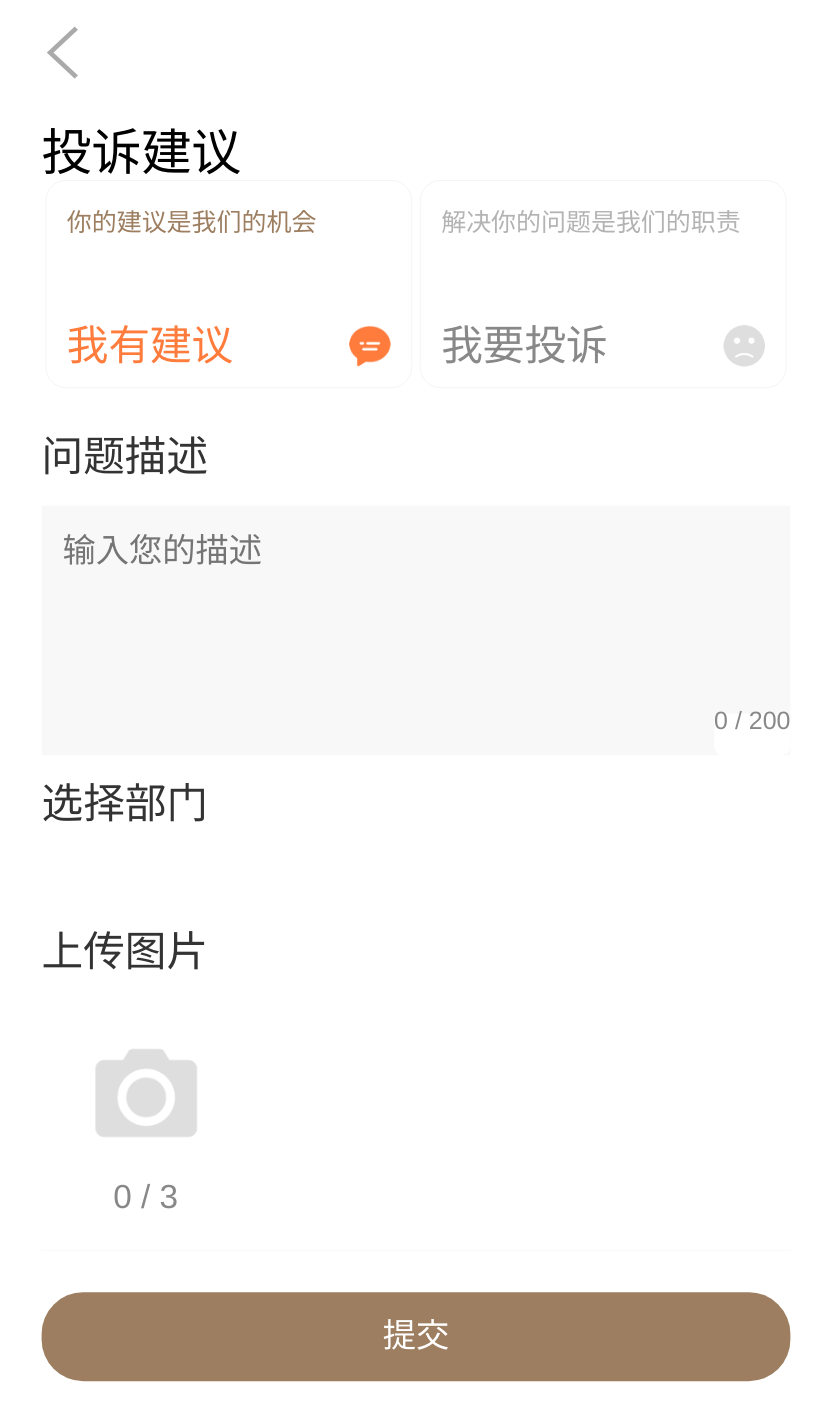
Repository: missing-star/rockBridge
Page: complaint.html
An editor plug-in stored every save of this project. The page is shown before and after the next save, followed by the edit.
The browser window is 1280 px wide. The pictures show the whole page, at 65% of full size.

Above is the page before, as saved 2019-04-19 10:46:11.

### complaint.html
<!DOCTYPE html>
<html lang="en">

<head>
    <meta charset="UTF-8">
    <meta name="viewport" content="width=device-width, initial-scale=1.0, user-scalable=no,maximum-scale=1.0">
    <meta http-equiv="X-UA-Compatible" content="ie=edge">
    <meta http-equiv="Expires" content="0">
    <meta http-equiv="Pragma" content="no-cache">
    <meta http-equiv="Cache-control" content="no-cache">
    <meta http-equiv="Cache" content="no-cache">
    <link rel="stylesheet" href="assets/mui/css/mui.min.css?v=1.1.0">
    <link rel="stylesheet" href="assets/mui/picker/css/mui.picker.min.css?v=1.1.0">
    <link rel="stylesheet" href="css/common.css?v=1.1.0">
    <link rel="stylesheet" href="css/complaint.css?v=1.1.0">
    <title>叠石桥</title>
    <!--
        意见投诉
    -->
</head>

<body>
    <div id="app">
        <header class="mui-bar mui-bar-nav">
            <i onclick="goBack()" class="mui-icon mui-icon-arrowleft"></i>
        </header>
        <div class="mui-content">
            <header class="packet-title">
                <p>投诉建议</p>
            </header>
            <!--大分类-->
            <div class="classify">
                <div data-type="proposal" class="classify-item active">
                    <p class="title">你的建议是我们的机会</p>
                    <div class="bottom-icon">
                        <span class="title">我有建议</span>
                        <img v-show="currentTab == 'proposal'" class="classify-icon" src="imgs/proposal-active.png" alt="">
                        <img v-show="currentTab == 'complaint'" class="classify-icon" src="imgs/proposal.png" alt="">
                    </div>
                </div>
                <div data-type="complaint" class="classify-item">
                    <p class="title">解决你的问题是我们的职责</p>
                    <div class="bottom-icon">
                        <span class="title">我要投诉</span>
                        <img v-show="currentTab == 'proposal'" class="classify-icon" src="imgs/complaint.png" alt="">
                        <img v-show="currentTab == 'complaint'" class="classify-icon" src="imgs/complaint-active.png"
                            alt="">
                    </div>
                </div>
            </div>
            <p class="title-ques">问题描述</p>
            <div class="question-desc">
                <textarea placeholder="输入您的描述" @input="limitLength" v-model="inputContent" name="" id="" cols="30" rows="10"></textarea>
                <span v-cloak class="amount">{{inputContent.length}} / 200</span>
            </div>
            <!-- <input v-model="selectedNumber" id="number-btn" readonly type="text" class="number-value arrow-right"> -->
            <p class="title-ques">选择部门</p>
            <div class="question-desc">
                <input id="number-btn" readonly type="text" class="number-value arrow-right">
            </div>
            <p class="title-upload">上传图片</p>
            <div class="repair-item upload">
                <div v-for="(item,index) in uploadedImgs" class="upload-item">
                    <img :src="item.src" alt="" class="upload-img-item">
                    <span @click="deleteImg(index)" class="delete-icon">
                    </span>
                </div>
                <div :class="{active:uploadedImgs.length < 3}" class="upload-item upload">
                    <div @click="uploadImg($event)" class="mask-click">
                        <input class="upload-input" hidden type="file" accept="image/*">
                    </div>
                    <img src="imgs/camera.png" alt="" class="camera">
                    <span v-cloak class="imgs-num">{{uploadedImgs.length}} / 3</span>
                </div>
            </div>
            <button @click="submitComplain" class="button-apply">
                提交
            </button>
        </div>
    </div>
    <script src="assets/vue/vue.min.js?v=1.0.2"></script>
    <script src="assets/jquery/jquery.min.js?v=1.0.2"></script>
    <script src="assets/mui/js/mui.min.js?v=1.0.2"></script>
    <script src="assets/mui/picker/js/mui.picker.js?v=1.0.2"></script>
    <script src="assets/mui/picker/js/mui.poppicker.js?v=1.0.2"></script>
    <script src="js/common.js?v=1.0.7.1"></script>
    <script src="js/complaint.js?v=1.0.3"></script>
</body>

</html>

### css/common.css
html,
body,
.mui-content {
    font-size: calc(100vw / 20);
    background: #ffffff;
}
*{
    word-break: break-all;
}
div.mui-content {
    padding: 1rem;
}

header.mui-bar.mui-bar-nav {
    background: #ffffff;
    -webkit-box-shadow: none;
            box-shadow: none;
}

nav.mui-bar.mui-bar-tab {
    background: #ffffff;
    -webkit-box-shadow: 0 0 6px 0 rgba(0, 0, 0, 0.15);
            box-shadow: 0 0 6px 0 rgba(0, 0, 0, 0.15);
}

nva.mui-bar-tab span.mui-tab-label {
    color: #9d7e60;
}

.mui-bar-tab .mui-tab-item.mui-active {
    color: #5f4831;
}

img.mui-icon.nav-bar-icon.active {
    display: inline;
}

img.mui-icon.nav-bar-icon {
    display: none;
}

p {
    margin: 0;
}

input[type=color],
input[type=date],
input[type=datetime-local],
input[type=datetime],
input[type=email],
input[type=month],
input[type=number],
input[type=password],
input[type=search],
input[type=tel],
input[type=text],
input[type=time],
input[type=url],
input[type=week],
select,
textarea {
    margin-bottom: 0;
    width: auto;
    height: auto;
    border: none;
    -webkit-box-flex: 1;
        -ms-flex: 1;
            flex: 1;
    font-size: 0.8rem;
}

input::-webkit-input-placeholder {
    color: #c2c2c2;
}

nav.mui-bar.mui-bar-tab a.mui-tab-item {
    -ms-touch-action: none;
        touch-action: none;
    height: 100%;
}

nav.mui-bar.mui-bar-tab {
    height: 3rem;
}

.mui-bar-tab .mui-tab-item .mui-icon {
    top: 3px;
    width: 1.2rem;
    height: 1.2rem;
    padding-top: 0;
    padding-bottom: 0;
    margin-bottom: 0.1rem;
}

.mui-bar-tab .mui-tab-item .mui-icon~.mui-tab-label {
    font-size: 0.5rem;
    line-height: 1rem;
}

.mui-bar-tab~.mui-content {
    padding-top: 2.5rem;
    padding-bottom: 3rem;
}

button.submit {
    background: #9d7e60;
    width: 100%;
    border: none;
    border-radius: 1rem;
    font-size: 1rem;
    line-height: 1rem;
    color: #fff;
    margin-top: 1rem;
    height: 2rem;
}

button.mui-btn.mui-btn-blue.mui-poppicker-btn-ok,
button.mui-btn.mui-btn-blue {
    color: #ff8b16;
    background: transparent;
    border: none;
    font-size: 1rem;
}

.mui-poppicker-header,
.mui-dtpicker-header {
    border-radius: 0.3rem 0.3rem 0 0;
}

button.mui-btn.mui-poppicker-btn-cancel,
.mui-dtpicker-header button {
    color: #aaaaaa;
    border: none;
    background: transparent;
    font-size: 1rem;
}

button.mui-btn.mui-poppicker-btn-cancel>img,
.mui-dtpicker-header button>img {
    width: 1rem;
}

.mui-picker-inner,
.mui-picker {
    background: #fcfcfc;
    -webkit-mask-box-image: none;
    border-radius: 0 0 0.3rem 0.3rem;
}

.mui-poppicker-body {
    border: none;
    border-radius: 0 0 0.3rem 0.3rem;
}

button.mui-btn {
    color: #aaaaaa;
    border-color: #aaaaaa;
}

.mui-dtpicker-header {
    background: #ffffff;
}

.mui-dtpicker-title h5 {
    display: none;
}

span.mui-popup-button.mui-popup-button-bold {
    color: #FF8B16;
}

span.mui-popup-button {
    color: #aaaaaa;
}

[v-cloak] {
    display: none !important;
}

.mui-poppicker.mui-active,
.mui-dtpicker.mui-active {
    margin: 0.5rem;
    width: calc(100% - 1rem);
    border-radius: 0.3rem;
}

.popicker-title,
.dt-popicker-title {
    -webkit-box-flex: 1;
        -ms-flex: 1;
            flex: 1;
    text-align: center;
    font-size: 1rem;
    color: #000000;
}

.mui-poppicker-header,
.mui-dtpicker-header {
    display: -webkit-box;
    display: -ms-flexbox;
    display: flex;
    -webkit-box-align: center;
        -ms-flex-align: center;
            align-items: center;
    -webkit-box-pack: justify;
        -ms-flex-pack: justify;
            justify-content: space-between;
    background: #eeeeee;
}

.mui-pciker-list li {
    color: #b19c88;
}

.mui-pciker-list li.highlight {
    color: #5f4831;
}

.mui-pciker-rule-ft {
    z-index: 2;
    border-top: solid 1px #ced7de;
    border-bottom: solid 1px #ced7de;
}


input::-webkit-outer-spin-button,
input::-webkit-inner-spin-button {

    -webkit-appearance: none !important;
}

input[type="number"] {
    -moz-appearance: textfield;
}

### js/complaint.js
var vm = new Vue({
    el: '#app',
    data: {
        inputContent: '',
        uploadedImgs: [],
        currentTab: 'proposal',
        type:1
    },
    methods: {
        limitLength() {
            this.inputContent = this.inputContent.substring(0, 200);
        },
        uploadImg(event) {
            $(event.target).find('input').click();
        },
        deleteImg(index) {
            this.uploadedImgs.splice(index, 1);
        },
        submitComplain() {
            var imgs = this.uploadedImgs.map(function(item) {
                return item.realPath;
            });
            $.ajax({
                url: `${rootUrl}/index/api/getComplain`,
                type:'post',
                data: {
                    type:vm.type,
                    content:vm.inputContent,
                    images:imgs.join(',')
                },
                dataType: 'json',
                success: function (data) {
                    mui.toast(data.msg);
                    if (data.status == 1) {
                        setTimeout(function () {
                            history.go(-1);
                        }, 200);
                    }else if(data.status == 202) {
                        goLogin();
                    }
            vm.commentsInfo = data.result;
                },
                error: function () {
                    mui.toast('服务器异常');
                }
            })
        }
    }
});

$(function () {
    //大分类点击
    $("div.classify-item").click(function () {
        if (!$(this).hasClass('active')) {
            vm.currentTab = $(this).attr('data-type');
            $(this).addClass('active');
            $(this).siblings().removeClass('active');
            vm.type = vm.currentTab == 'proposal' ? 1 : 2;
        }
    });

    //监听图片上传
    $('input.upload-input').change(function () {

        var filePath = $(this).val(); //读取图片路径

        var fr = new FileReader(); //创建new FileReader()对象
        var imgObj = this.files[0]; //获取图片

        fr.readAsDataURL(imgObj); //将图片读取为DataURL


        var arr = filePath.split('\\');
        var fileName = arr[arr.length - 1];
        fr.onload = function () {
            uploadImgRealPath(imgObj, this.result);
            //置空文件上传框的值
            $('input.upload-input').val("");
        };
    });
});

//上传图片到后台
function uploadImgRealPath(fileObj, src) {
    var formData = new FormData();
    formData.append('image', fileObj);
    $.ajax({
        url: 'http://dieshiqiao.pzhkj.cn/index/Uploadify/api_imgUp',
        type: 'post',
        dataType: 'json',
        contentType: false,
        processData: false,
        data: formData,
        success: function (data) {
            mui.toast(data.msg);
            if (data.status == 1) {
                //设置文件路径为服务器路径
                vm.uploadedImgs.push({
                    src: src,
                    realPath: data.result
                });
            }else if(data.status == 202) {
                goLogin();
            }
        },
        error: function () {
            mui.toast('服务器异常!');
        }
    })
}

Loaded but not shown: assets/mui/css/mui.min.css (library); assets/mui/picker/css/mui.picker.min.css (library); assets/vue/vue.min.js (library); assets/jquery/jquery.min.js (library); assets/mui/js/mui.min.js (library); assets/mui/picker/js/mui.picker.js (389 lines, source omitted); assets/mui/picker/js/mui.poppicker.js (163 lines, source omitted); js/common.js (200 lines, source omitted); css/complaint.css (318 lines, source omitted)

After the next save:
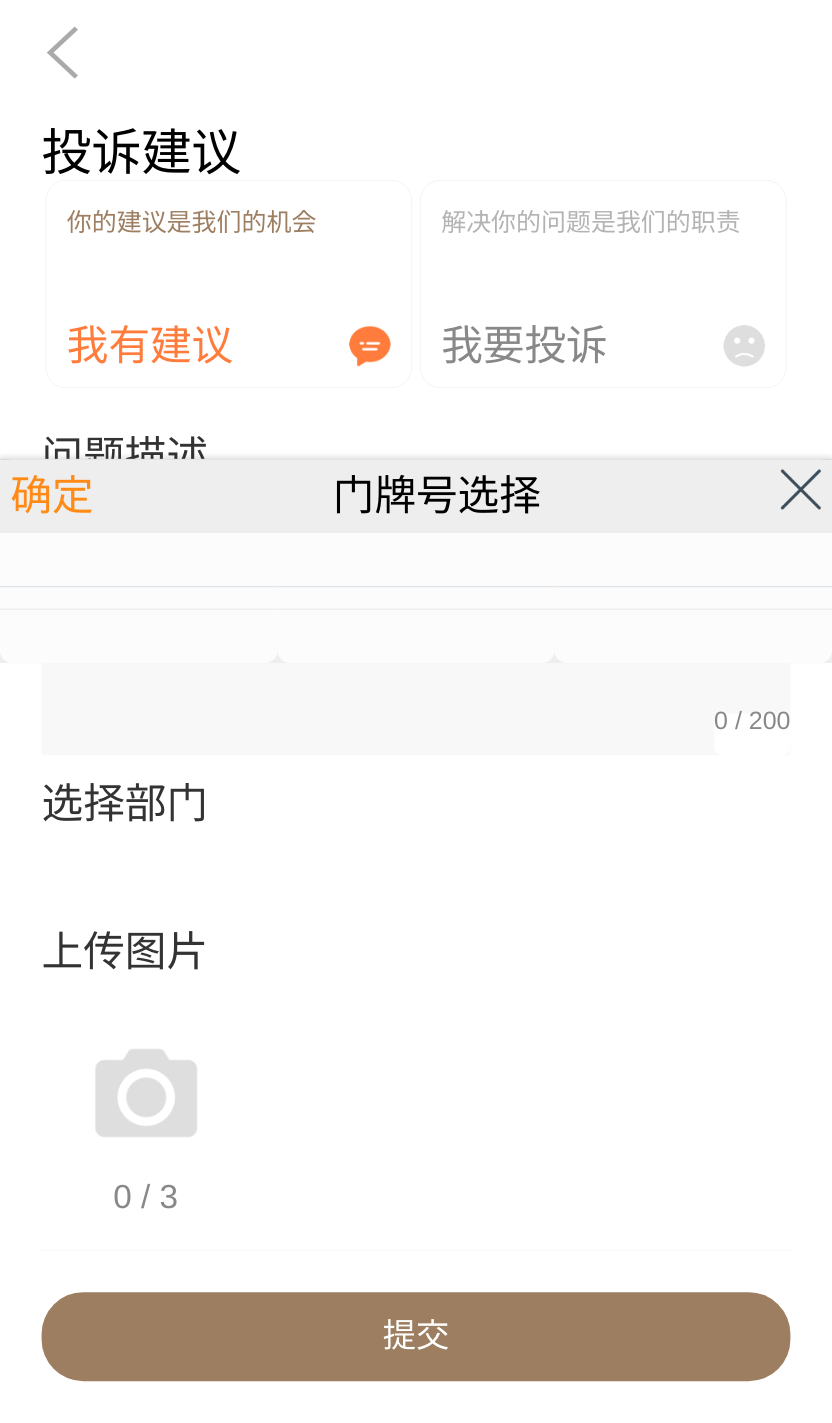
Console error: ReferenceError: getNotActivedAddress is not defined
Saved 6 s later.
--- a/js/complaint.js
+++ b/js/complaint.js
@@ -108,3 +108,45 @@ function uploadImgRealPath(fileObj, src) {
         }
     })
 }
+
+
+(function ($, doc) {
+    $.init();
+    $.ready(function () {
+        var numberPicker = new mui.PopPicker({
+            layer: 3,
+            title: '门牌号选择'
+        });
+        var data = getNotActivedAddress().map(function (province, i) {
+            return {
+                value: province.id,
+                text: province.cate_name,
+                children: province.children.map(function (city, j) {
+                    return {
+                        value: city.id,
+                        text: city.cate_name,
+                        children: city.children.map(function (district, k) {
+                            return {
+                                value: district.id,
+                                text: district.address
+                            }
+                        })
+                    }
+                })
+            }
+        });
+        numberPicker.setData(data);
+        var eventBtn = doc.getElementById('number-btn');
+        eventBtn.addEventListener('tap', function (event) {
+            numberPicker.show(function (items) {
+                if (!items[2].value) {
+                    mui.toast('无效地址!');
+                    return false;
+                }
+                vm.selectedId = items[2].value;
+                vm.selectedNumber = items[0].text + items[1].text + items[2].text;
+                getNotActivdShops(vm.selectedId);
+            });
+        }, false);
+    });
+})(mui, document);

After the save that followed:
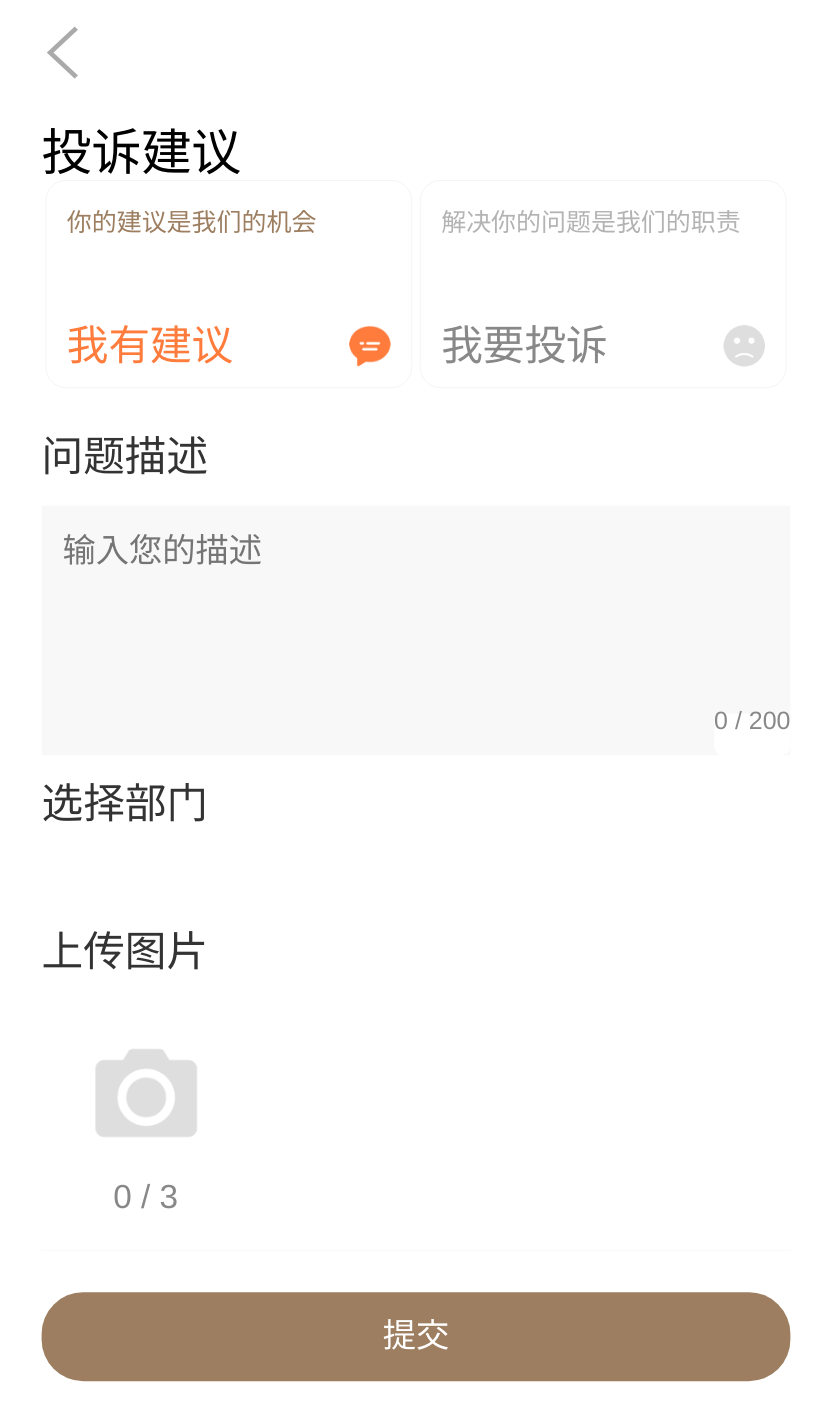
The error is gone.
Saved 5 s later.
--- a/js/complaint.js
+++ b/js/complaint.js
@@ -110,43 +110,43 @@ function uploadImgRealPath(fileObj, src) {
 }
 
 
-(function ($, doc) {
-    $.init();
-    $.ready(function () {
-        var numberPicker = new mui.PopPicker({
-            layer: 3,
-            title: '门牌号选择'
-        });
-        var data = getNotActivedAddress().map(function (province, i) {
-            return {
-                value: province.id,
-                text: province.cate_name,
-                children: province.children.map(function (city, j) {
-                    return {
-                        value: city.id,
-                        text: city.cate_name,
-                        children: city.children.map(function (district, k) {
-                            return {
-                                value: district.id,
-                                text: district.address
-                            }
-                        })
-                    }
-                })
-            }
-        });
-        numberPicker.setData(data);
-        var eventBtn = doc.getElementById('number-btn');
-        eventBtn.addEventListener('tap', function (event) {
-            numberPicker.show(function (items) {
-                if (!items[2].value) {
-                    mui.toast('无效地址!');
-                    return false;
-                }
-                vm.selectedId = items[2].value;
-                vm.selectedNumber = items[0].text + items[1].text + items[2].text;
-                getNotActivdShops(vm.selectedId);
-            });
-        }, false);
-    });
-})(mui, document);
+// (function ($, doc) {
+//     $.init();
+//     $.ready(function () {
+//         var numberPicker = new mui.PopPicker({
+//             layer: 3,
+//             title: '门牌号选择'
+//         });
+//         var data = getNotActivedAddress().map(function (province, i) {
+//             return {
+//                 value: province.id,
+//                 text: province.cate_name,
+//                 children: province.children.map(function (city, j) {
+//                     return {
+//                         value: city.id,
+//                         text: city.cate_name,
+//                         children: city.children.map(function (district, k) {
+//                             return {
+//                                 value: district.id,
+//                                 text: district.address
+//                             }
+//                         })
+//                     }
+//                 })
+//             }
+//         });
+//         numberPicker.setData(data);
+//         var eventBtn = doc.getElementById('number-btn');
+//         eventBtn.addEventListener('tap', function (event) {
+//             numberPicker.show(function (items) {
+//                 if (!items[2].value) {
+//                     mui.toast('无效地址!');
+//                     return false;
+//                 }
+//                 vm.selectedId = items[2].value;
+//                 vm.selectedNumber = items[0].text + items[1].text + items[2].text;
+//                 getNotActivdShops(vm.selectedId);
+//             });
+//         }, false);
+//     });
+// })(mui, document);
